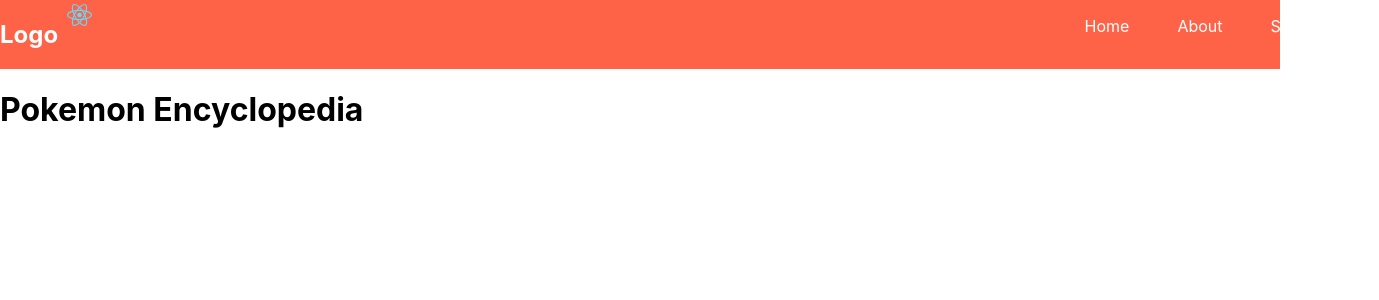
Repository: Gibberlin/pokedex
Page: /
An editor plug-in stored every save of this project. The page is shown before and after the next save, followed by the edit.
The browser window is 1280 px wide. The page is 1331 px wide, then 1379 px, so the pictures cover 1379 px, including what lies to the right of the window. The pictures show the whole page.
The project was rebuilt for these pictures with package versions that can differ from the ones it lists, and the page was loaded fresh each time.

Above is the page before, as saved 2021-09-28 22:30:41.

After the next save:
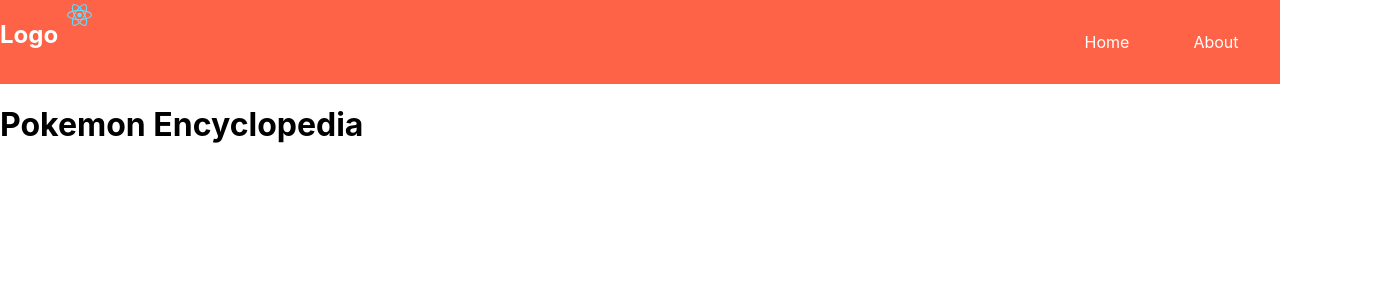
Saved 57 s later.
--- a/src/App.css
+++ b/src/App.css
@@ -4,7 +4,8 @@
   display: flex;
 }
 li {
-  margin-left: 3rem;
+  margin: 1rem 1rem 1rem 3rem;
+
   cursor: pointer;
   border-radius: 5px;
 }
